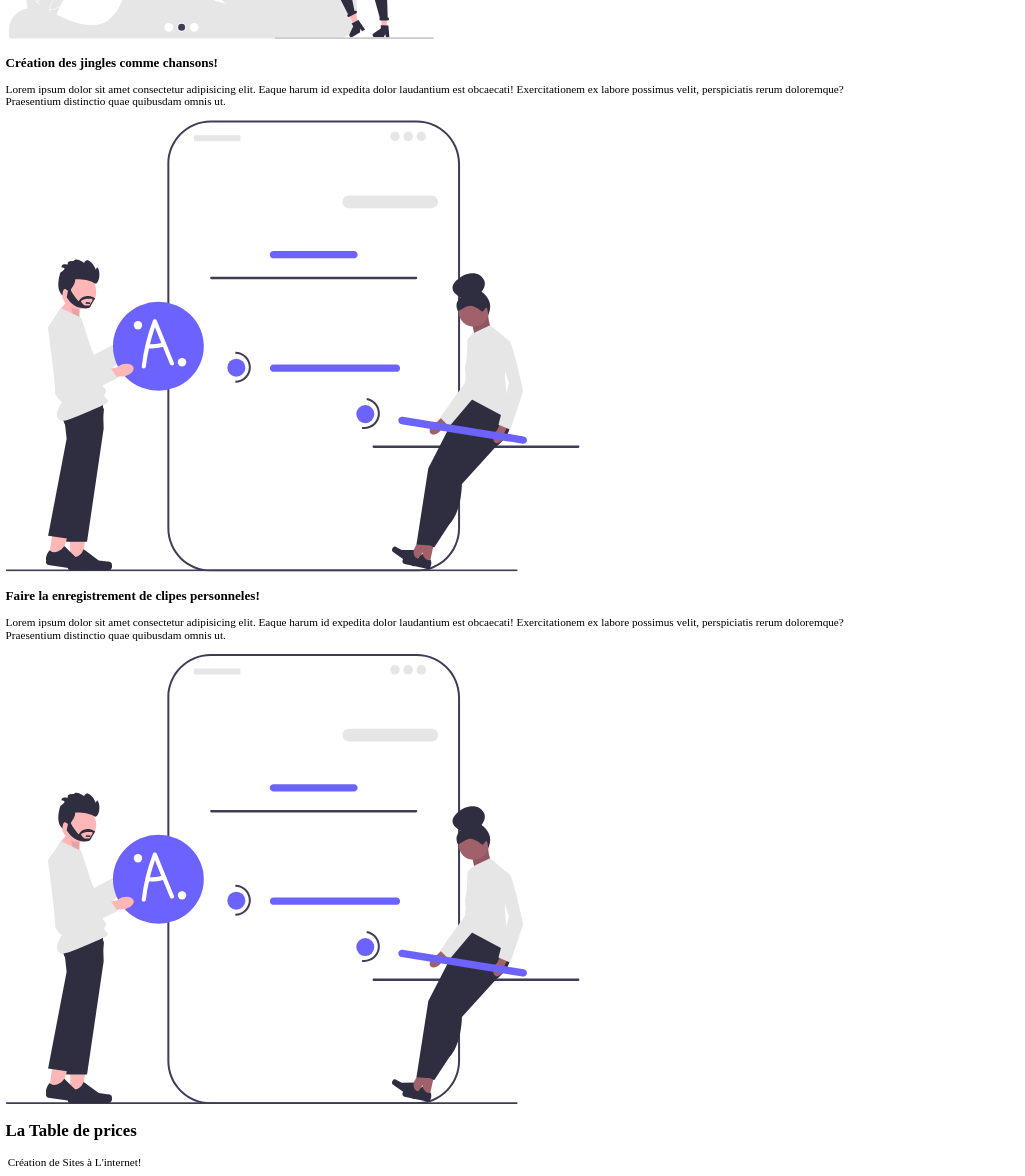
Repository: MarcioFreitasUFSC21/Proejct00
Page: ExampleSite/Assets/index2.html
The author's editor kept a copy of each file at every save. The page is drawn from the files as they stood at one save, then again after a run of saves.
The browser window is 1280 px wide. The page is 1464 px wide, so the pictures cover 1464 px, including what lies to the right of the window. The pictures show the part of the page from y = 1832 to 3512 px (the page is 3512 px tall), at 70% of full size.

Above is the page before, as saved 2023-03-18 17:56:45.

### ExampleSite/Assets/index2.html
<!DOCTYPE html>
<html lang="pt-br">
<head>
    <meta charset="UTF-8">
    <meta http-equiv="X-UA-Compatible" content="IE=edge">
    <meta name="viewport" content="width=device-width, initial-scale=1.0">
    <title>The first page</title>
</head>
<body>
    <section>
        <div>
            <h1><a href="#">LOGO </a></h1>
            <nav>
                <ul>
                    <li><a href="#">Home</a></li>
                    <li><a href="#"> Introdução</a></li>
                    <li><a href="#"> Serviços</a></li>
                    <li><a href="#"> Tabela de preços</a></li>
                    <li><a href="#"> Contatos</a></li>
                </ul>
            </nav>
        </div>
    </section>
    <section>
        <div>
            <h2> Dans la crise, create!</h2>
            <p>Lorem ipsum dolor sit amet, consectetur adipisicing elit, sed do eiusmod tempor incididunt ut labore et dolore magna aliqua. Ut enim ad minim veniam, quis nostrud exercitation ullamco laboris nisi ut aliquip ex ea commodo consequat. Duis aute irure dolor in reprehenderit in voluptate velit esse cillum dolore eu fugiat nulla pariatur. Excepteur sint occaecat cupidatat non proident, sunt in culpa qui officia deserunt mollit anim id est laborum.</p>
        </div>
        <div>
            <img src="Assets/img2/lesson.jpg">
        </div>
    </section>
    <section>
        <div>
            <h2>Les Services</h2>
            <p> Nos Services sont: </p>
        </div>
        <div>
            <article>
                <h3>Création des sites à L'internet!</h3>
                <p> Lorem ipsum dolor sit amet consectetur adipisicing elit. Eaque harum id expedita dolor laudantium est obcaecati! Exercitationem ex labore possimus velit, perspiciatis rerum doloremque? Praesentium distinctio quae quibusdam omnis ut.</p>
                <div>
                    <img src="Assets/img2/site.svg">
                </div>
            </article>
            <article>
                <h3>Création des jingles comme chansons!</h3>
                <p> Lorem ipsum dolor sit amet consectetur adipisicing elit. Eaque harum id expedita dolor laudantium est obcaecati! Exercitationem ex labore possimus velit, perspiciatis rerum doloremque? Praesentium distinctio quae quibusdam omnis ut.</p>
                <div>
                    <img src="Assets/img2/jingle.svg">
                </div>
            </article>
            <article>
                <h3>Faire la enregistrement de clipes personneles!</h3>
                <p> Lorem ipsum dolor sit amet consectetur adipisicing elit. Eaque harum id expedita dolor laudantium est obcaecati! Exercitationem ex labore possimus velit, perspiciatis rerum doloremque? Praesentium distinctio quae quibusdam omnis ut.</p>
                <div>
                    <img src="Assets/img2/jingle.svg">
                </div>
            </article>
        </div>
    </section>
    <section>
        <div>
            <h2> La Table de prices</h2>
            <table>
                <thead>

                </thead>
                <tbody>
                    <tr>
                        <td> Création de Sites à L'internet! </td>
                    </tr>
                </tbody>
            </table>
        </div>
    </section>
</body>
</html>

After the next 2 saves:
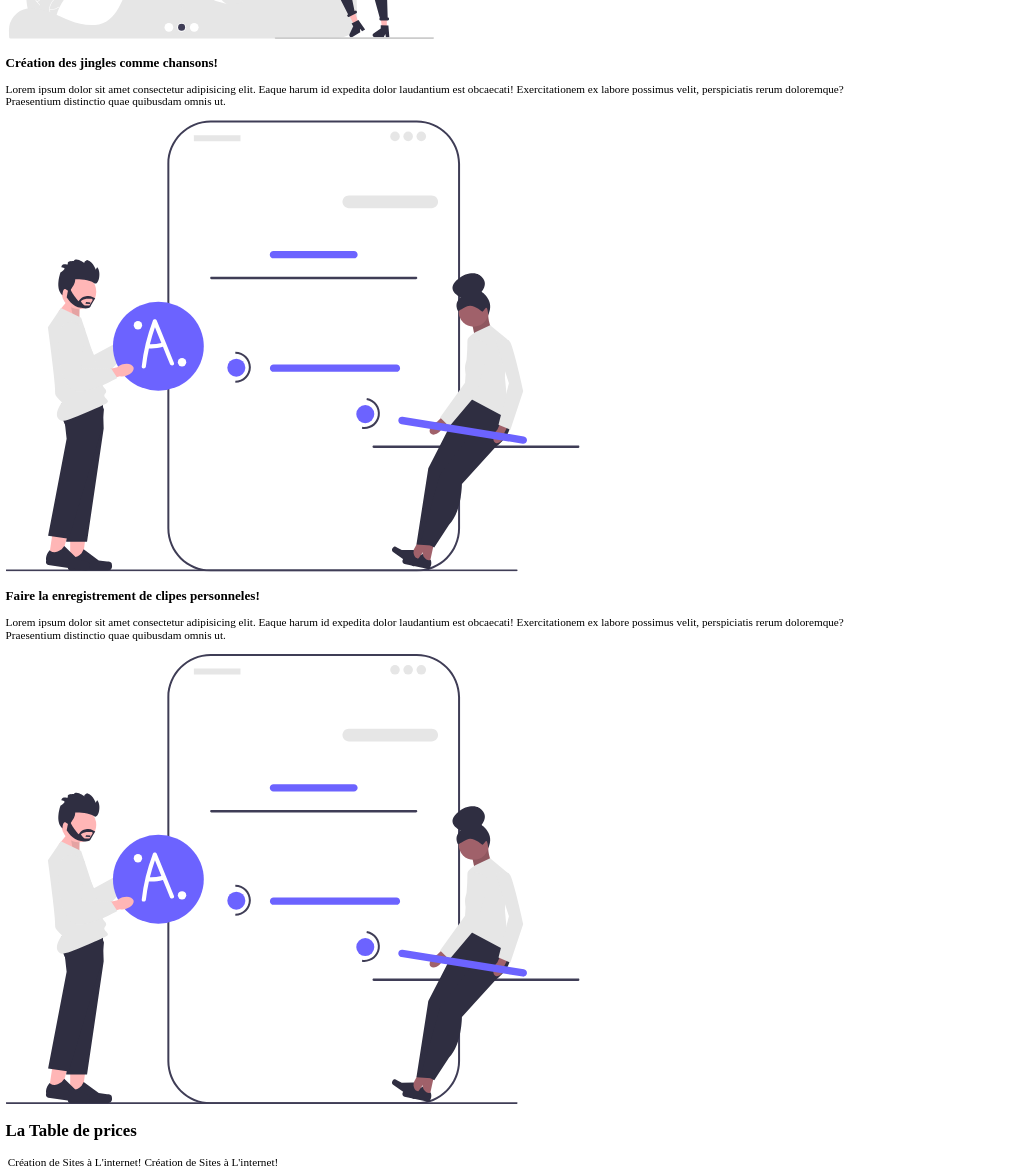
The 2 saves are shown as one change because they came seconds apart.
The last was saved 26 s later.
--- a/ExampleSite/Assets/index2.html
+++ b/ExampleSite/Assets/index2.html
@@ -69,6 +69,7 @@
                 <tbody>
                     <tr>
                         <td> Création de Sites à L'internet! </td>
+                        <td> Création de Sites à L'internet! </td>
                     </tr>
                 </tbody>
             </table>
